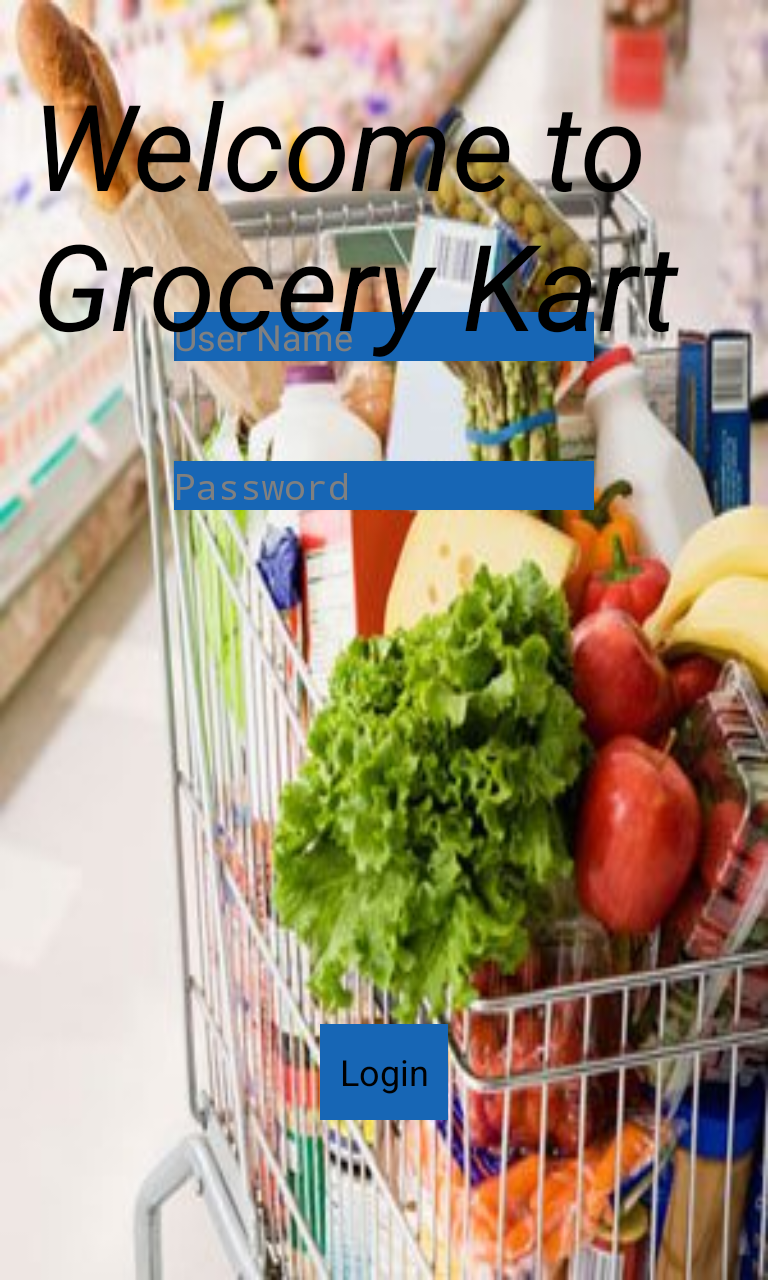
Repository: Shruthi06/designed-droid
Layout: explicitIntent_assignment/res/layout/activity_main.xml
These files come from the project's save history. The layout is drawn as it stood at one moment and after the next save; the edit follows.
It is drawn on a 768 x 1280 px phone screen (xhdpi) without system bars, with theme AppTheme; the app's code is not run.

Above is the layout before, as saved 2016-02-03 10:42:20.

### explicitIntent_assignment/res/layout/activity_main.xml
<RelativeLayout xmlns:android="http://schemas.android.com/apk/res/android"
    xmlns:tools="http://schemas.android.com/tools"
    android:layout_width="match_parent"
    android:layout_height="match_parent"
    android:paddingBottom="@dimen/activity_vertical_margin"
    android:paddingLeft="@dimen/activity_horizontal_margin"
    android:paddingRight="@dimen/activity_horizontal_margin"
    android:paddingTop="@dimen/activity_vertical_margin"
    android:background="@drawable/kart"
    tools:context=".MainActivity" >

    <EditText
        android:id="@+id/editTextun"
        android:layout_width="wrap_content"
        android:layout_height="wrap_content"
        android:layout_alignParentTop="true"
        android:layout_centerHorizontal="true"
        android:layout_marginTop="140dp"
        android:background="#1766b5"
        android:ems="10"
        android:hint="User Name" >

        <requestFocus />
    </EditText>

    <EditText
        android:id="@+id/editTextpw"
        android:layout_width="wrap_content"
        android:layout_height="wrap_content"
        android:layout_below="@+id/editTextun"
        android:layout_centerHorizontal="true"
        android:layout_marginTop="50dp"
        android:background="#1766b5"
        android:ems="10"
        android:hint="Password"
        android:inputType="textPassword" />

    <Button
        android:id="@+id/buttonlogin"
        android:layout_width="wrap_content"
        android:layout_height="wrap_content"
        android:layout_alignParentBottom="true"
        android:layout_centerHorizontal="true"
        android:layout_marginBottom="64dp"
        android:background="#1766b5"
        android:text="Login" />

    <TextView
        android:id="@+id/textView1"
        android:layout_width="wrap_content"
        android:layout_height="wrap_content"
        android:layout_alignParentTop="true"
        android:layout_centerHorizontal="true"
        android:layout_marginTop="16dp"
        android:text="Welcome to Grocery Kart"
        android:textStyle="italic"
        android:textSize="60dp"
        android:textAppearance="?android:attr/textAppearanceLarge" />

</RelativeLayout>

Loaded but not shown: explicitIntent_assignment/res/values/styles.xml (common file); explicitIntent_assignment/res/values-v11/styles.xml (common file); explicitIntent_assignment/res/values-v14/styles.xml (common file); explicitIntent_assignment/res/values/dimens.xml (common file)

After the next save:
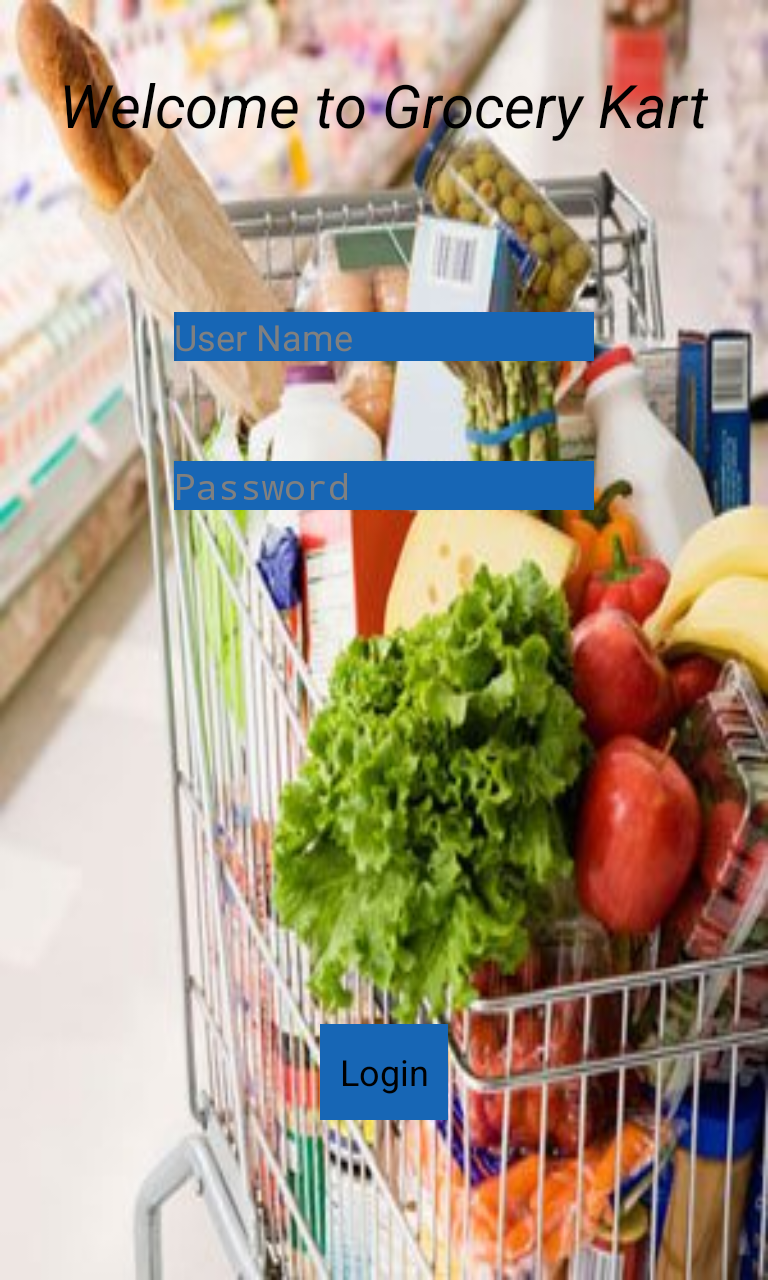
Saved 13 s later.
--- a/explicitIntent_assignment/res/layout/activity_main.xml
+++ b/explicitIntent_assignment/res/layout/activity_main.xml
@@ -54,7 +54,7 @@
         android:layout_marginTop="16dp"
         android:text="Welcome to Grocery Kart"
         android:textStyle="italic"
-        android:textSize="60dp"
+        android:textSize="30dp"
         android:textAppearance="?android:attr/textAppearanceLarge" />
 
 </RelativeLayout>
